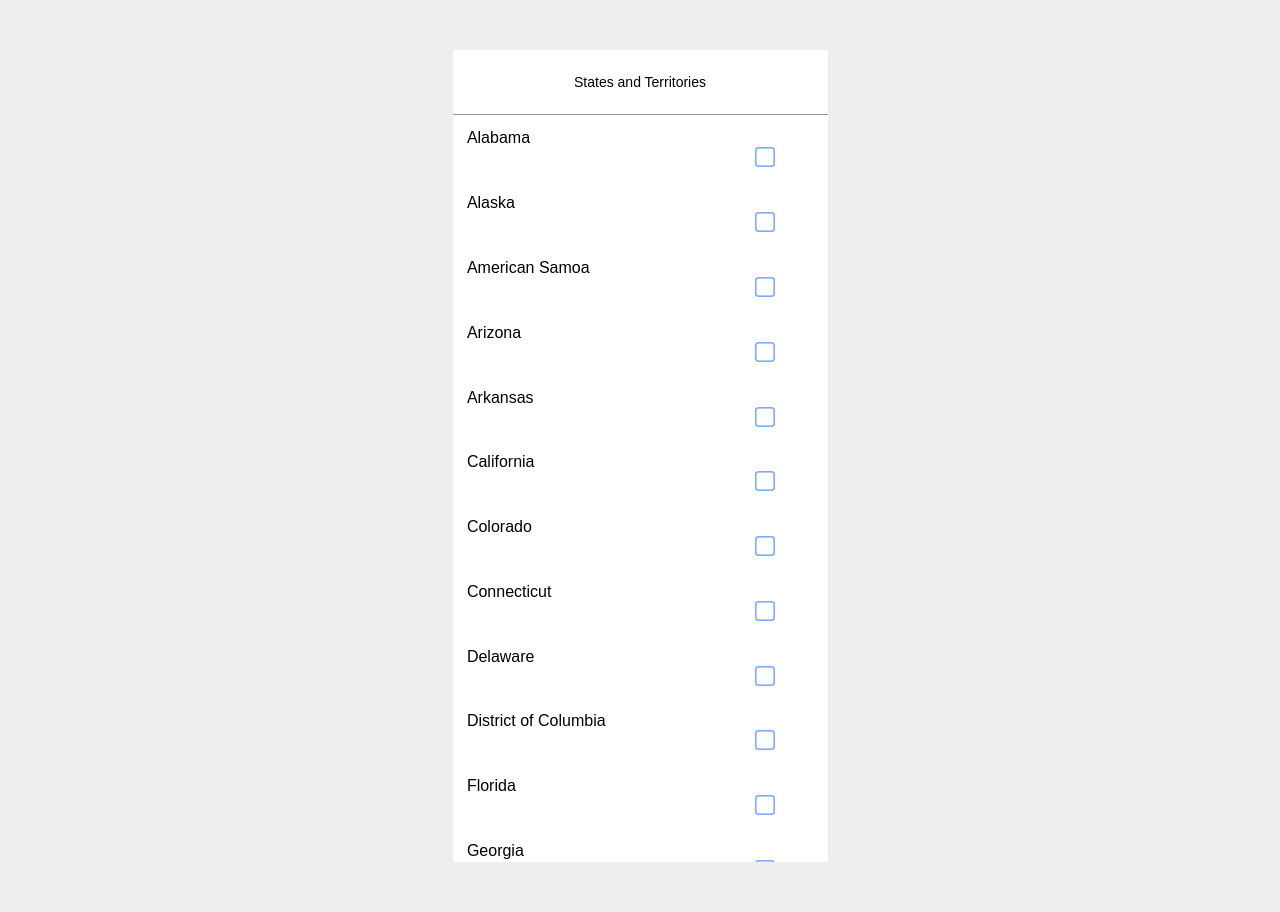
Repository: zitac234/codingTest
Page: /
The author's editor kept a copy of each file at every save. The page is drawn from the files as they stood at one save, then again after a run of saves.
The browser window is 1280 px wide. The pictures show the whole page.
The project was rebuilt for these pictures with package versions that can differ from the ones it lists, and the page was loaded fresh each time.

Above is the page before, as saved 2021-03-31 15:09:40.

After the next 4 saves:
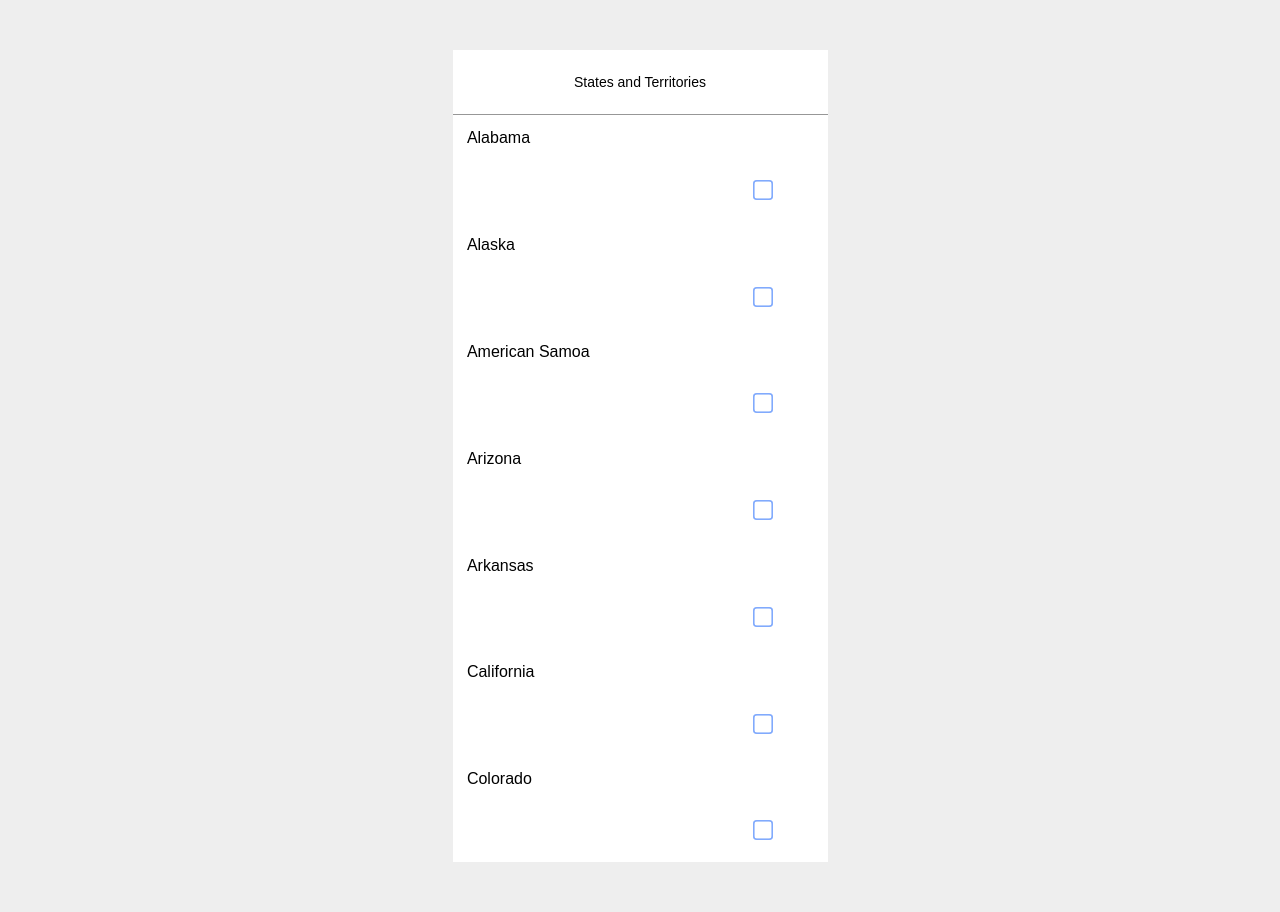
The 4 saves are shown as one change because 1 did not build or start and some came seconds apart.
The last was saved 66 s later.
--- a/src/List.js
+++ b/src/List.js
@@ -7,9 +7,9 @@
       {props.items.map((item) => (
         <Fragment key={item}>
           <div className='state'>
-          {item} <div className='checkbox'><Checkbox/></div><br />
+          {item} </div><div className='checkbox'><Checkbox/></div><br />
           {/* You also have <Checkbox selected={false} /> */}
-          </div>
+
           </Fragment>
       ))}
     </div>

After the 2 saves that followed:
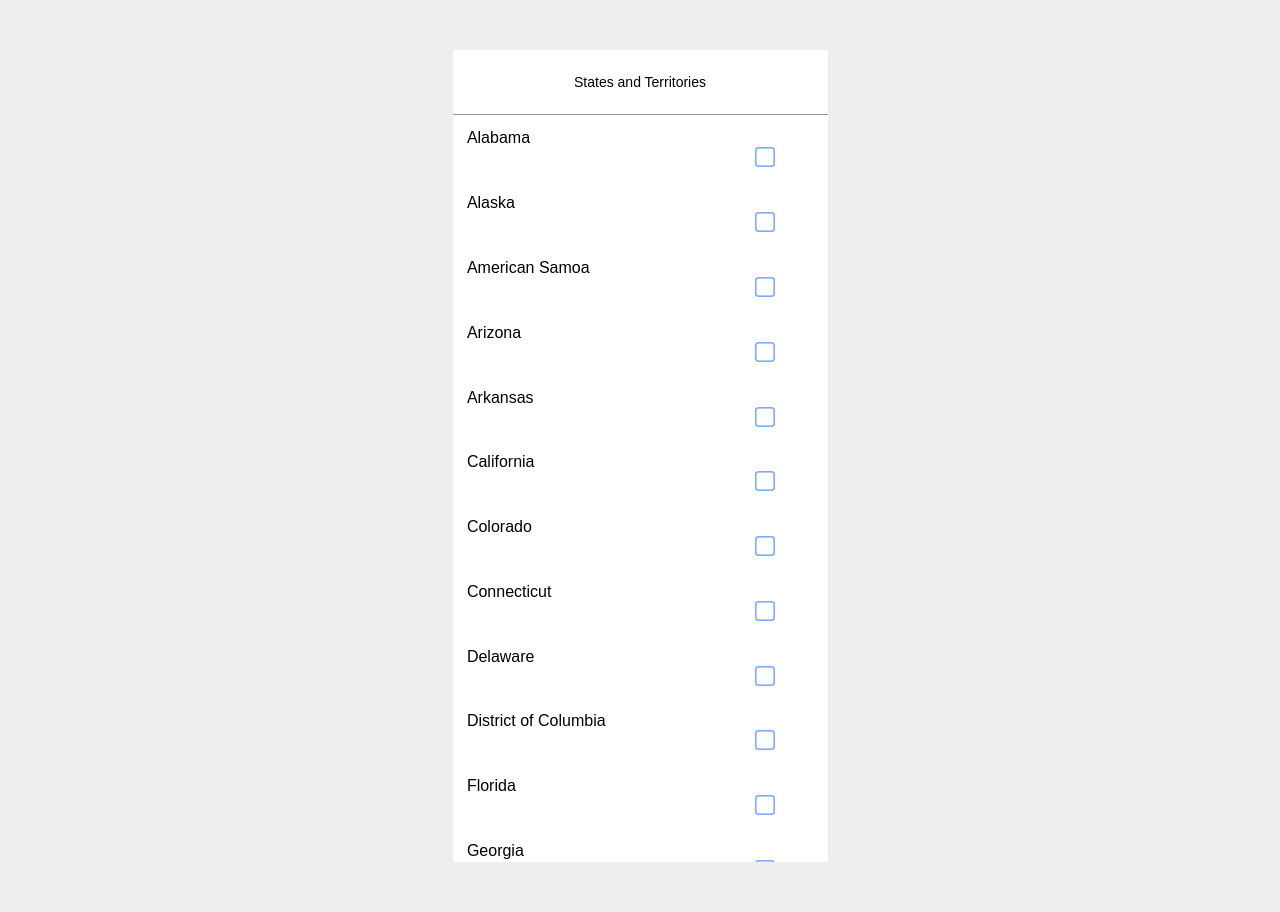
The 2 saves are shown as one change because 1 left the picture as it was.
The last was saved 20 s later.
--- a/src/List.js
+++ b/src/List.js
@@ -7,9 +7,9 @@
       {props.items.map((item) => (
         <Fragment key={item}>
           <div className='state'>
-          {item} </div><div className='checkbox'><Checkbox/></div><br />
+          {item} <div className='checkbox'><Checkbox/></div><br />
           {/* You also have <Checkbox selected={false} /> */}
-
+          </div>
           </Fragment>
       ))}
     </div>
